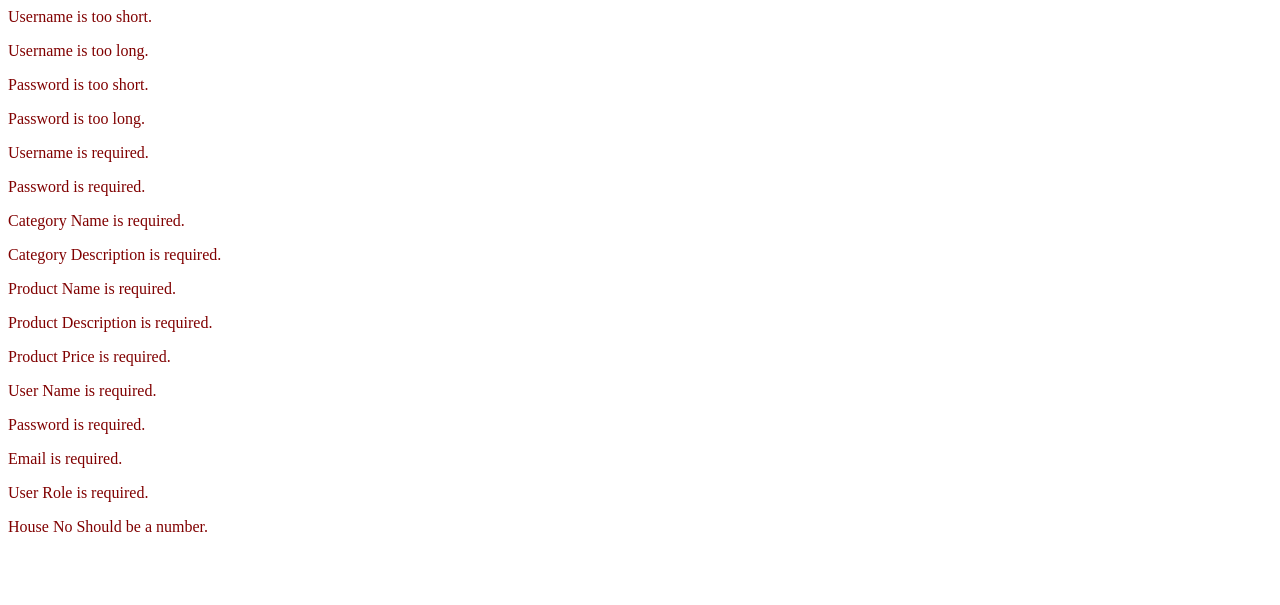
Repository: sathishnaik/PetSupplies
Page: webshopusermodule/WebContent/resources/messages.html
These files come from the project's save history. The page is drawn as it stood at one moment and after the next save; the edit follows.
The browser window is 1280 px wide. The pictures show the whole page.

Above is the page before, as saved 2016-05-24 11:31:06.

After the next save:
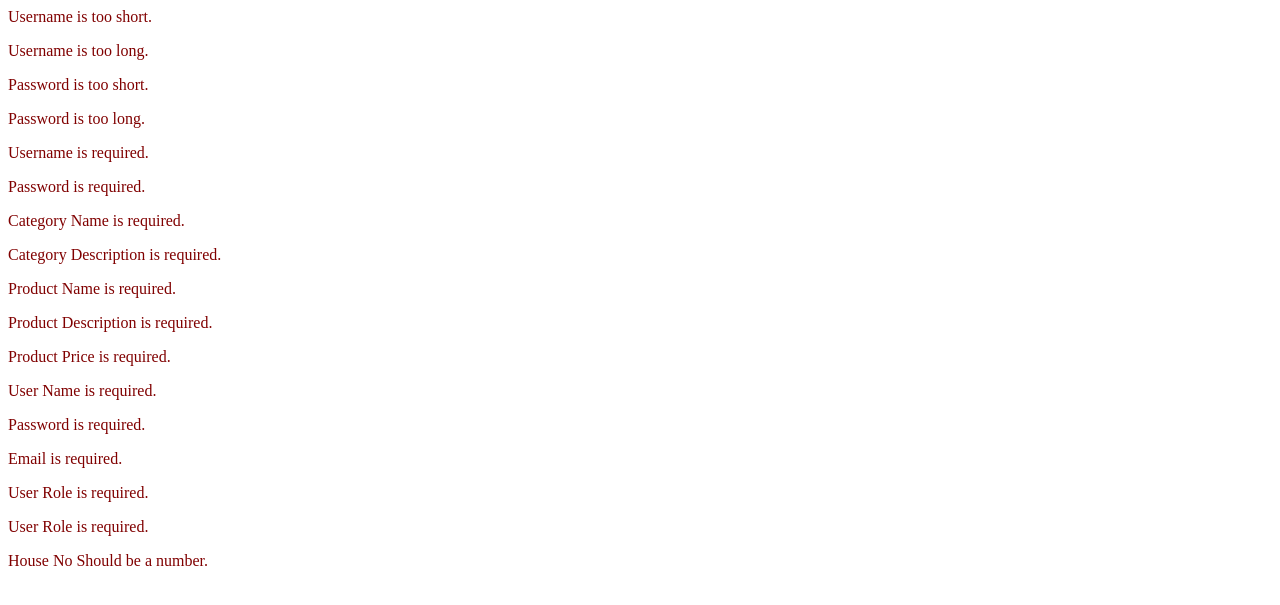
Saved 49 s later.
--- a/webshopusermodule/WebContent/resources/messages.html
+++ b/webshopusermodule/WebContent/resources/messages.html
@@ -18,4 +18,5 @@
 <p ng-show="userForm.password.$error.required && userForm.password.$touched" style="color:maroon" role="alert">Password is required.</p>
 <p ng-show="userForm.email.$error.required && userForm.email.$touched" style="color:maroon" role="alert">Email is required.</p>
 <p ng-show="userForm.userRole.$error.required && userForm.userRole.$touched" style="color:maroon" role="alert">User Role is required.</p>
+<p ng-show="userForm.userAddress.houseNo.$error.required && userForm.userAddress.houseNo.$touched" style="color:maroon" role="alert">User Role is required.</p>
 <p ng-show="userForm.userAddress.houseNo.$error.number&&userForm.userAddress.houseNo.$touched" style="color:maroon" role="alert">House No Should be a number.</p>
